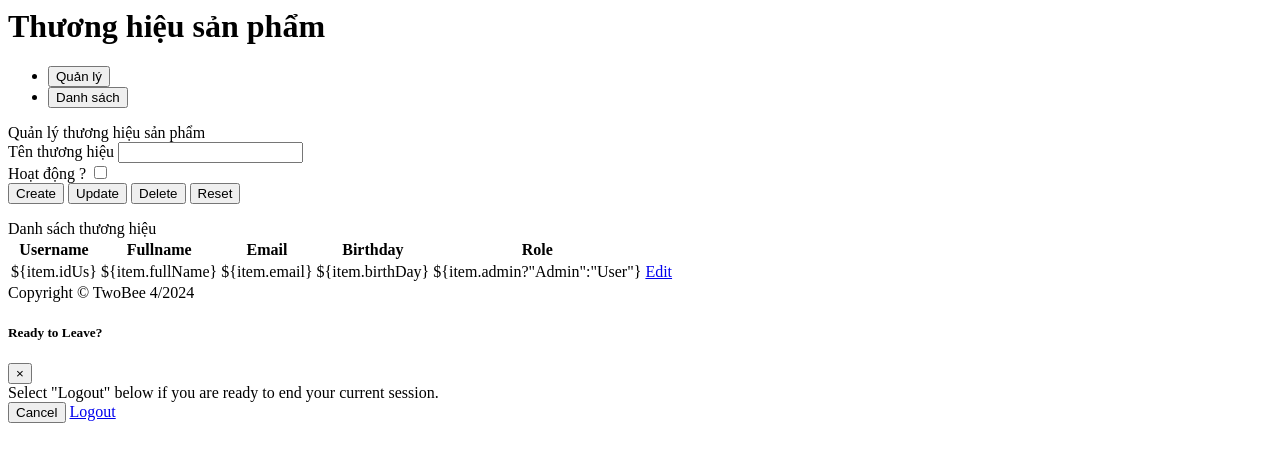
Repository: tuandh111/Java-6-asm
Page: Front-end/Java6_asm_/templates/admin/brands.html
An editor plug-in stored every save of this project. The page is shown before and after the next save, followed by the edit.
The browser window is 1280 px wide. The pictures show the whole page.

Above is the page before, as saved 2024-03-31 10:59:00.

### Front-end/Java6_asm_/templates/admin/brands.html
<!-- Page Wrapper -->
<div id="wrapper">

    <!-- Sidebar -->
    <ul class="navbar-nav bg-gradient-primary sidebar sidebar-dark accordion" id="accordionSidebar"
        ng-include="'component/admin/sidebar.html'">
    </ul>
    <!-- End of Sidebar -->

    <!-- Content Wrapper -->
    <div id="content-wrapper" class="d-flex flex-column">

        <!-- Main Content -->
        <div id="content">

            <!-- Topbar -->
            <nav class="navbar navbar-expand navbar-light bg-white topbar mb-4 static-top shadow"
                ng-include="'component/admin/content-nav.html'">
            </nav>
            <!-- End of Topbar -->

            <!-- Begin Page Content -->
            <div class="container-fluid">

                <!-- Page Heading -->
                <div class="d-sm-flex align-items-center justify-content-between mb-4">
                    <h1 class="h3 mb-0 text-gray-800">Thương hiệu sản phẩm</h1>
                </div>

                <div class="row mt-5">
                    <ul class="nav nav-tabs" id="manageBrands" role="tablist">
                        <li class="nav-item" role="presentation">
                            <button class="nav-link active" id="form-tab" data-bs-toggle="tab"
                                data-bs-target="#form-tab-pane-manage-brands" type="button" role="tab"
                                aria-controls="form-tab-pane-manage-brands" aria-selected="true">
                                <i class="bi bi-pencil-square"></i> Quản lý
                            </button>
                        </li>
                        <li class="nav-item" role="presentation">
                            <button class="nav-link" id="list-tab" data-bs-toggle="tab" data-bs-target="#list-tab-pane"
                                role="tab" aria-controls="list-tab-pane" aria-selected="false">
                                <i class="bi bi-list-check"></i> Danh sách
                            </button>
                        </li>
                    </ul>
                    <div class="tab-content" id="manageBrandsTabContent">
                        <div class="tab-pane fade show active" id="form-tab-pane-manage-brands" role="tabpanel"
                            aria-labelledby="form-tab" tabindex="0">
                            <div class="card">
                                <div class="card-header align-items-center text-center text-white bg-gradient-primary">
                                    Quản lý thương hiệu sản phẩm
                                </div>
                                <div class="card-body text-center">
                                    <c:url var="url" value="/admin"></c:url>
                                    <form action="#">
                                        <div class="row">
                                            <div class="col-lg-6">
                                                <div class="form-outline mb-3">
                                                    <label class="form-label" for="manageBrandsModalBrands">Tên thương
                                                        hiệu</label>
                                                    <input type="text" id="manageBrandsModalBrands" ng-model="nameBrand"
                                                        ng-value="" class="form-control" required>
                                                </div>
                                            </div>
                                            <div class="col-lg-6">
                                                <div class="form-outline mb-4">
                                                    <label class="form-label" for="manageBrandsModalIsActive">Hoạt động
                                                        ?</label>
                                                    <input type="checkbox" id="manageBrandsModalIsActive"
                                                        class="form-control" ng-model="isActive" ng-value=""
                                                        class="form-control">
                                                </div>
                                            </div>
                                        </div>
                                        <div class="d-flex justify-content-end">
                                            <button formaction="${url}/create"
                                                class="btn btn-primary m-2">Create</button>
                                            <button formaction="${url}/update"
                                                class="btn btn-primary m-2">Update</button>
                                            <button formaction="${url}/delete"
                                                class="btn btn-primary m-2">Delete</button>
                                            <button formaction="${url}/editor-user"
                                                class="btn btn-primary m-2">Reset</button>
                                        </div>
                                    </form>
                                </div>
                            </div>
                        </div>
                        <div class="tab-pane fade" id="list-tab-pane" role="tabpanel" aria-labelledby="list-tab"
                            tabindex="0">
                            <div class="card">
                                <div class="card-header align-items-center text-center text-white bg-gradient-primary">
                                    Danh sách thương hiệu</div>
                                <div class="table-responsive">
                                    <table class="table table-striped table-hover">
                                        <thead>
                                            <tr>
                                                <th>Username</th>
                                                <th>Fullname</th>
                                                <th>Email</th>
                                                <th>Birthday</th>
                                                <th>Role</th>
                                                <th></th>
                                            </tr>
                                        </thead>
                                        <tbody>
                                            <c:forEach var="item" items="${listUs}">
                                                <tr>
                                                    <td>${item.idUs}</td>
                                                    <td>${item.fullName}</td>
                                                    <td>${item.email}</td>
                                                    <td>${item.birthDay}</td>
                                                    <td>${item.admin?"Admin":"User"}</td>
                                                    <td><a href="${url}/edit/${item.idUs}" class="text-info"> Edit </a>
                                                    </td>
                                                </tr>
                                            </c:forEach>

                                        </tbody>
                                    </table>

                                </div>
                            </div>
                        </div>
                    </div>
                </div>

            </div>
            <!-- /.container-fluid -->

        </div>
        <!-- End of Main Content -->

        <!-- Footer -->
        <footer class="sticky-footer bg-white">
            <div class="container my-auto">
                <div class="copyright text-center my-auto">
                    <span>Copyright &copy; TwoBee 4/2024</span>
                </div>
            </div>
        </footer>
        <!-- End of Footer -->

    </div>
    <!-- End of Content Wrapper -->

</div>
<!-- End of Page Wrapper -->

<!-- Scroll to Top Button-->
<a class="scroll-to-top rounded" href="#page-top">
    <i class="fas fa-angle-up"></i>
</a>

<!-- Logout Modal-->
<div class="modal fade" id="logoutModal" tabindex="-1" role="dialog" aria-labelledby="exampleModalLabel"
    aria-hidden="true">
    <div class="modal-dialog" role="document">
        <div class="modal-content">
            <div class="modal-header">
                <h5 class="modal-title" id="exampleModalLabel">Ready to Leave?</h5>
                <button class="close" type="button" data-dismiss="modal" aria-label="Close">
                    <span aria-hidden="true">×</span>
                </button>
            </div>
            <div class="modal-body">Select "Logout" below if you are ready to end your current session.</div>
            <div class="modal-footer">
                <button class="btn btn-secondary" type="button" data-dismiss="modal">Cancel</button>
                <a class="btn btn-primary" href="login.html">Logout</a>
            </div>
        </div>
    </div>
</div>

<!-- Bootstrap core JavaScript-->
<script src="../../assets/admin/js/vendor/jquery/jquery.min.js"></script>
<script src="../../assets/admin/js/vendor/bootstrap/js/bootstrap.bundle.min.js"></script>

<!-- Core plugin JavaScript-->
<script src="../../assets/admin/js/vendor/jquery-easing/jquery.easing.min.js"></script>

<!-- Custom scripts for all pages-->
<script src="../../assets/admin/js/sb-admin-2.min.js"></script>

Loaded but not shown: Front-end/Java6_asm_/assets/admin/js/vendor/jquery/jquery.min.js (library); Front-end/Java6_asm_/assets/admin/js/vendor/bootstrap/js/bootstrap.bundle.min.js (library); Front-end/Java6_asm_/assets/admin/js/vendor/jquery-easing/jquery.easing.min.js (common file); Front-end/Java6_asm_/assets/admin/js/sb-admin-2.min.js (common file)

After the next save:
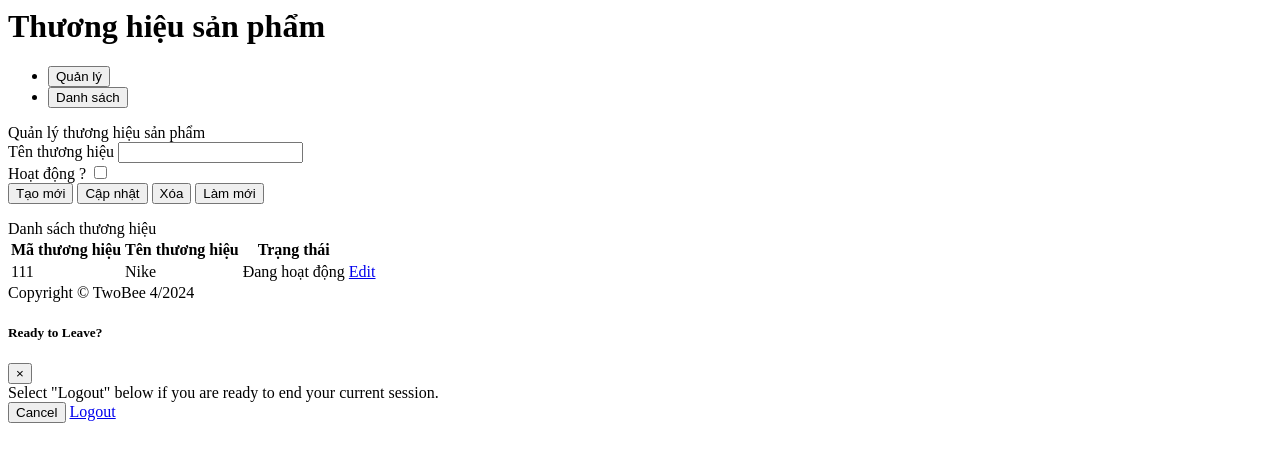
Saved 2 min 53 s later.
--- a/Front-end/Java6_asm_/templates/admin/brands.html
+++ b/Front-end/Java6_asm_/templates/admin/brands.html
@@ -73,14 +73,13 @@
                                             </div>
                                         </div>
                                         <div class="d-flex justify-content-end">
-                                            <button formaction="${url}/create"
-                                                class="btn btn-primary m-2">Create</button>
-                                            <button formaction="${url}/update"
-                                                class="btn btn-primary m-2">Update</button>
-                                            <button formaction="${url}/delete"
-                                                class="btn btn-primary m-2">Delete</button>
-                                            <button formaction="${url}/editor-user"
-                                                class="btn btn-primary m-2">Reset</button>
+                                            <button formaction="${url}/create" class="btn btn-primary m-2">Tạo
+                                                mới</button>
+                                            <button formaction="${url}/update" class="btn btn-primary m-2">Cập
+                                                nhật</button>
+                                            <button formaction="${url}/delete" class="btn btn-primary m-2">Xóa</button>
+                                            <button formaction="${url}/editor-user" class="btn btn-primary m-2">Làm
+                                                mới</button>
                                         </div>
                                     </form>
                                 </div>
@@ -95,27 +94,20 @@
                                     <table class="table table-striped table-hover">
                                         <thead>
                                             <tr>
-                                                <th>Username</th>
-                                                <th>Fullname</th>
-                                                <th>Email</th>
-                                                <th>Birthday</th>
-                                                <th>Role</th>
+                                                <th>Mã thương hiệu</th>
+                                                <th>Tên thương hiệu</th>
+                                                <th>Trạng thái</th>
                                                 <th></th>
                                             </tr>
                                         </thead>
                                         <tbody>
-                                            <c:forEach var="item" items="${listUs}">
-                                                <tr>
-                                                    <td>${item.idUs}</td>
-                                                    <td>${item.fullName}</td>
-                                                    <td>${item.email}</td>
-                                                    <td>${item.birthDay}</td>
-                                                    <td>${item.admin?"Admin":"User"}</td>
-                                                    <td><a href="${url}/edit/${item.idUs}" class="text-info"> Edit </a>
-                                                    </td>
-                                                </tr>
-                                            </c:forEach>
-
+                                            <tr>
+                                                <td>111</td>
+                                                <td>Nike</td>
+                                                <td>Đang hoạt động</td>
+                                                <td><a href="${url}/edit/${item.idUs}" class="text-info"> Edit </a>
+                                                </td>
+                                            </tr>
                                         </tbody>
                                     </table>
 
